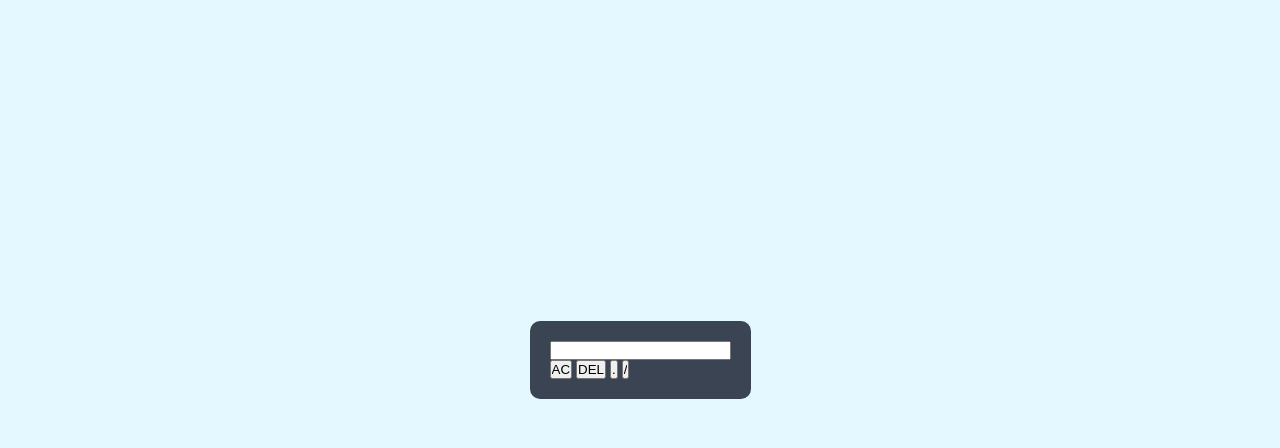
Repository: isaacCodes1/Calculator
Page: index.html
These files come from the project's save history. The page is drawn as it stood at one moment and after the next save; the edit follows.
The browser window is 1280 px wide. The pictures show the whole page.

Above is the page before, as saved 2024-04-01 18:14:49.

After the next save:
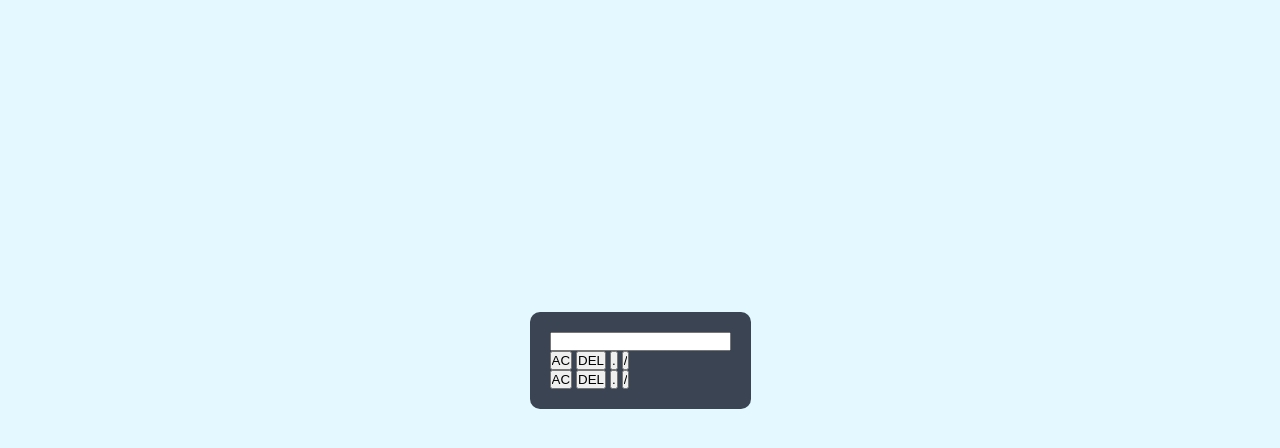
Saved 38 s later.
--- a/index.html
+++ b/index.html
@@ -1,27 +1,32 @@
 <!DOCTYPE html>
 <html lang="en">
-<head>
-    <meta charset="UTF-8">
-    <meta name="viewport" content="width=device-width, initial-scale=1.0">
+  <head>
+    <meta charset="UTF-8" />
+    <meta name="viewport" content="width=device-width, initial-scale=1.0" />
     <title>Calculator with JavaScript.</title>
-    <link rel="stylesheet" href="style.css">
-</head>
-<body>
+    <link rel="stylesheet" href="style.css" />
+  </head>
+  <body>
     <div class="container">
-        <div class="calculator">
-            <form>
-                <div>
-                    <input type="text" name="display">
-                </div>
-                <div>
-                    <input type="button" value="AC">
-                    <input type="button" value="DEL">
-                    <input type="button" value=".">
-                    <input type="button" value="/">
-
-                </div>
-            </form>
-        </div>
+      <div class="calculator">
+        <form>
+          <div>
+            <input type="text" name="display" />
+          </div>
+          <div>
+            <input type="button" value="AC" />
+            <input type="button" value="DEL" />
+            <input type="button" value="." />
+            <input type="button" value="/" />
+          </div>
+          <div>
+            <input type="button" value="AC" />
+            <input type="button" value="DEL" />
+            <input type="button" value="." />
+            <input type="button" value="/" />
+          </div>
+        </form>
+      </div>
     </div>
-</body>
+  </body>
 </html>
